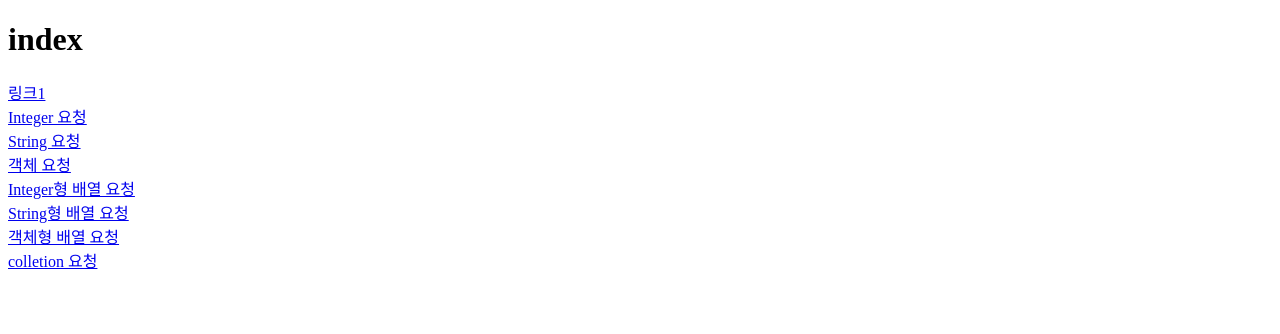
Repository: ekc1467/ClassMSA_EDU
Page: http://localhost/Service01/WEB-INF/views/index.jsp
The author's editor kept a copy of each file at every save. The page is drawn from the files as they stood at one save, then again after the next save.
The browser window is 1280 px wide. The pictures show the whole page.
The page is served by Tomcat 9. Nobody is signed in. The template is opened directly, without the code that normally fills it, so the values that code supplies are empty.

Above is the page before, as saved 2022-04-22 01:15:19.

After the next save:
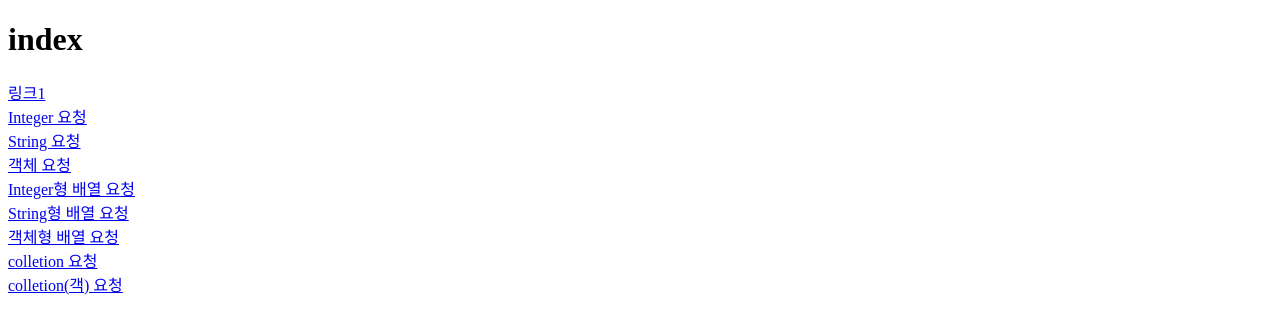
Saved 3 min 39 s later.
--- a/Service01/src/main/webapp/WEB-INF/views/index.jsp
+++ b/Service01/src/main/webapp/WEB-INF/views/index.jsp
@@ -16,6 +16,8 @@
 	<a href="t5/1000">String형 배열 요청</a><br/>
 	<a href="t6/1000">객체형 배열 요청</a><br/>
 	<a href="t7/1000">colletion 요청</a><br/>
+	<a href="t7/1000">colletion(객) 요청</a><br/>
+
 
 <!-- 	<a href="app/1000">App 요청</a><br/>
 	<a href="cpp/1000">Cpp 요청</a><br/> -->
